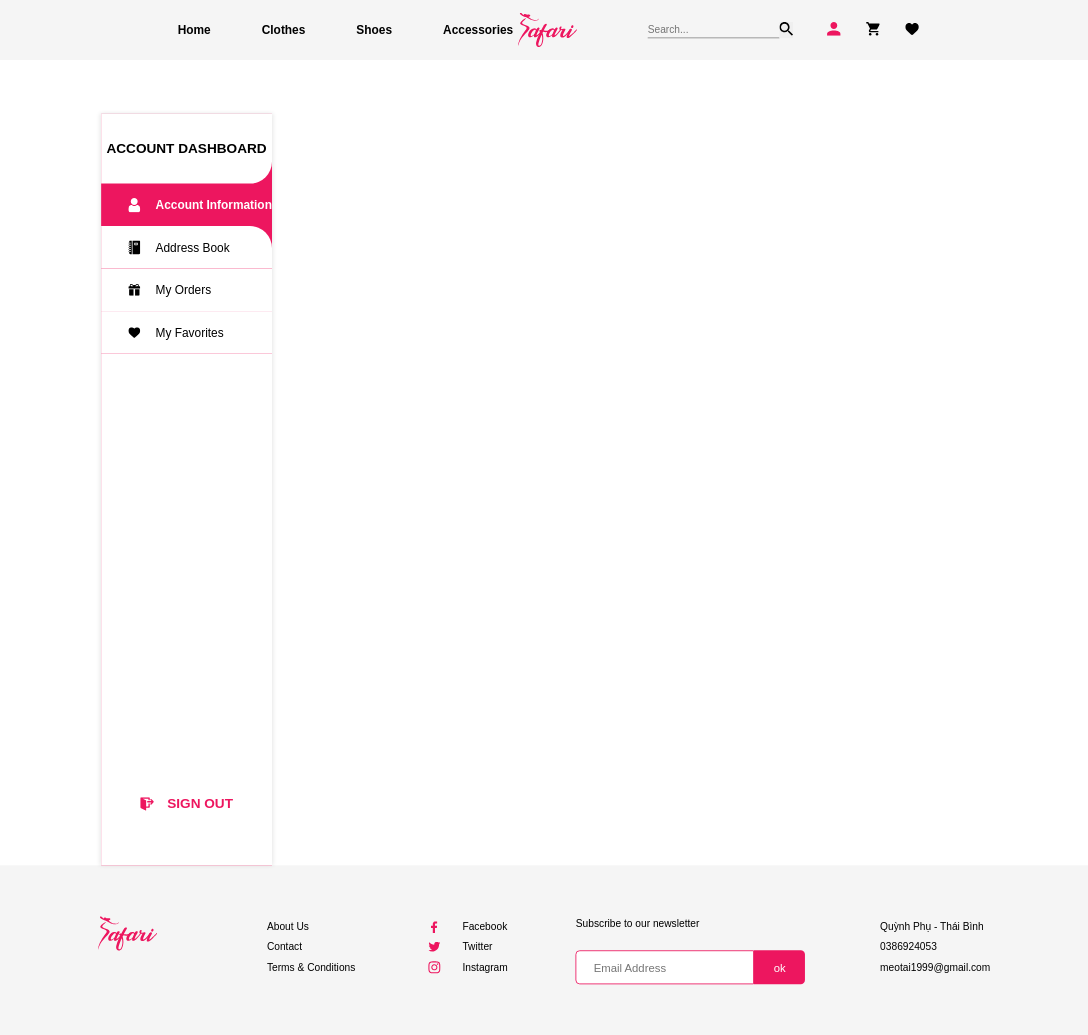
Repository: tboy1999/safari
Page: views/user.html
These files come from the project's save history. The page is drawn as it stood at one moment and after the next save; the edit follows.
The browser window is 1280 px wide. The pictures show the whole page, at 85% of full size.
Some web libraries are served in a nearby version. The style sheet was rebuilt from its Sass, Less or Tailwind sources for each picture, by a compiler version that may differ from the author's.

Above is the page before, as saved 2022-04-28 15:50:42.

After the next save:
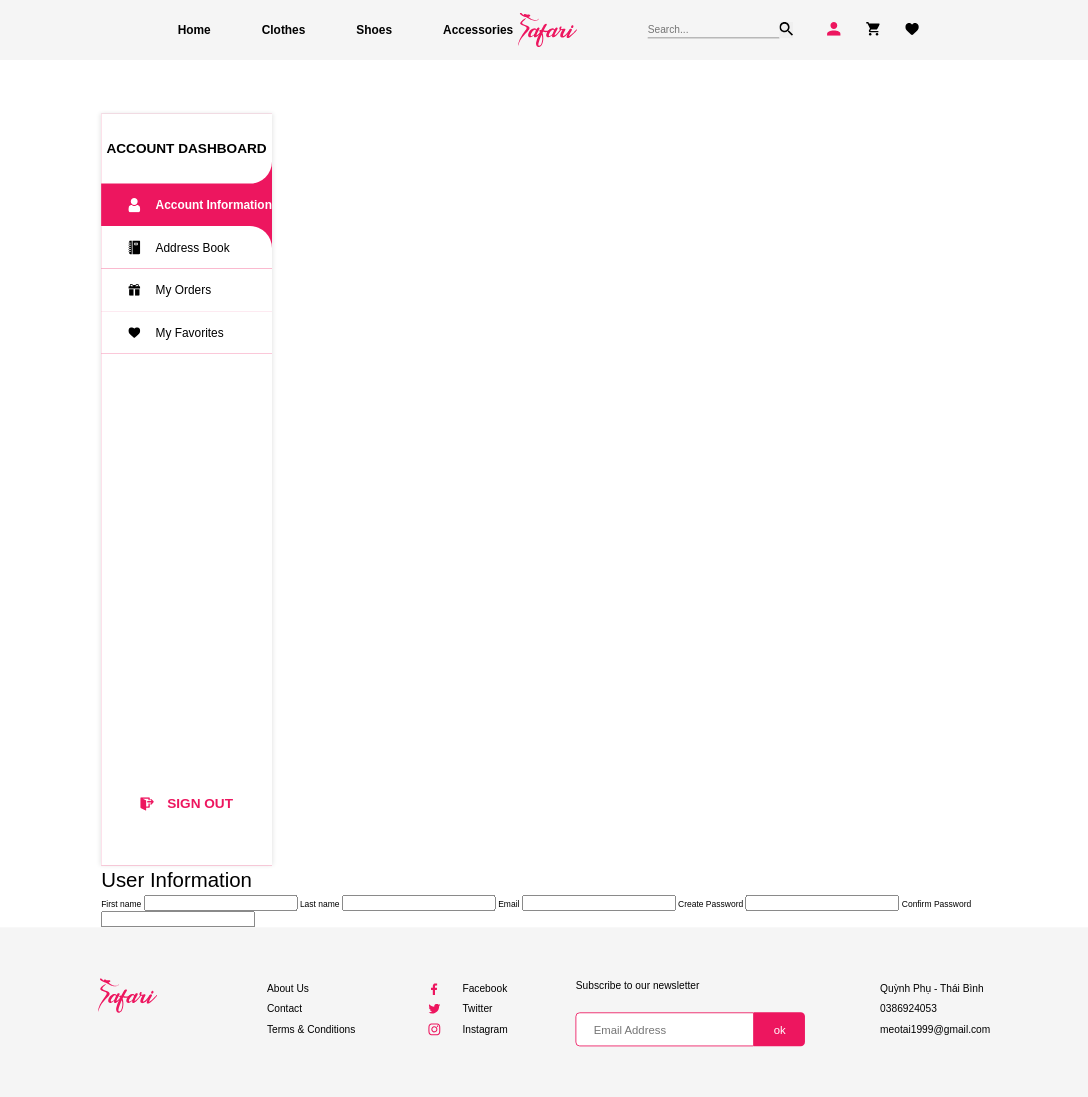
Saved 3 min 59 s later.
--- a/views/user.html
+++ b/views/user.html
@@ -98,7 +98,23 @@
               <div class="user__item fz16"><img src="../image/user/checkout.svg" alt="">SIGN OUT</div>
             </div>
           </div>
-          <div class="col xxl-9"></div>
+          <div class="col xxl-9">
+            <form action="">
+              <h3 class="fz24">User Information</h3>
+              <div class="form__account-infomation">
+                <label for="first-name">First name</label>
+                <input type="text" id="first-name">
+                <label for="last-name">Last name</label>
+                <input type="text" id="last-name">
+                <label for="email">Email</label>
+                <input type="text" id="email">
+                <label for="create-password">Create Password</label>
+                <input type="password" id="create-password">
+                <label for="confirm-password">Confirm Password</label>
+                <input type="text" id="confirm-password">
+              </div>
+            </form>
+          </div>
         </div>
       </div>
     </div>
